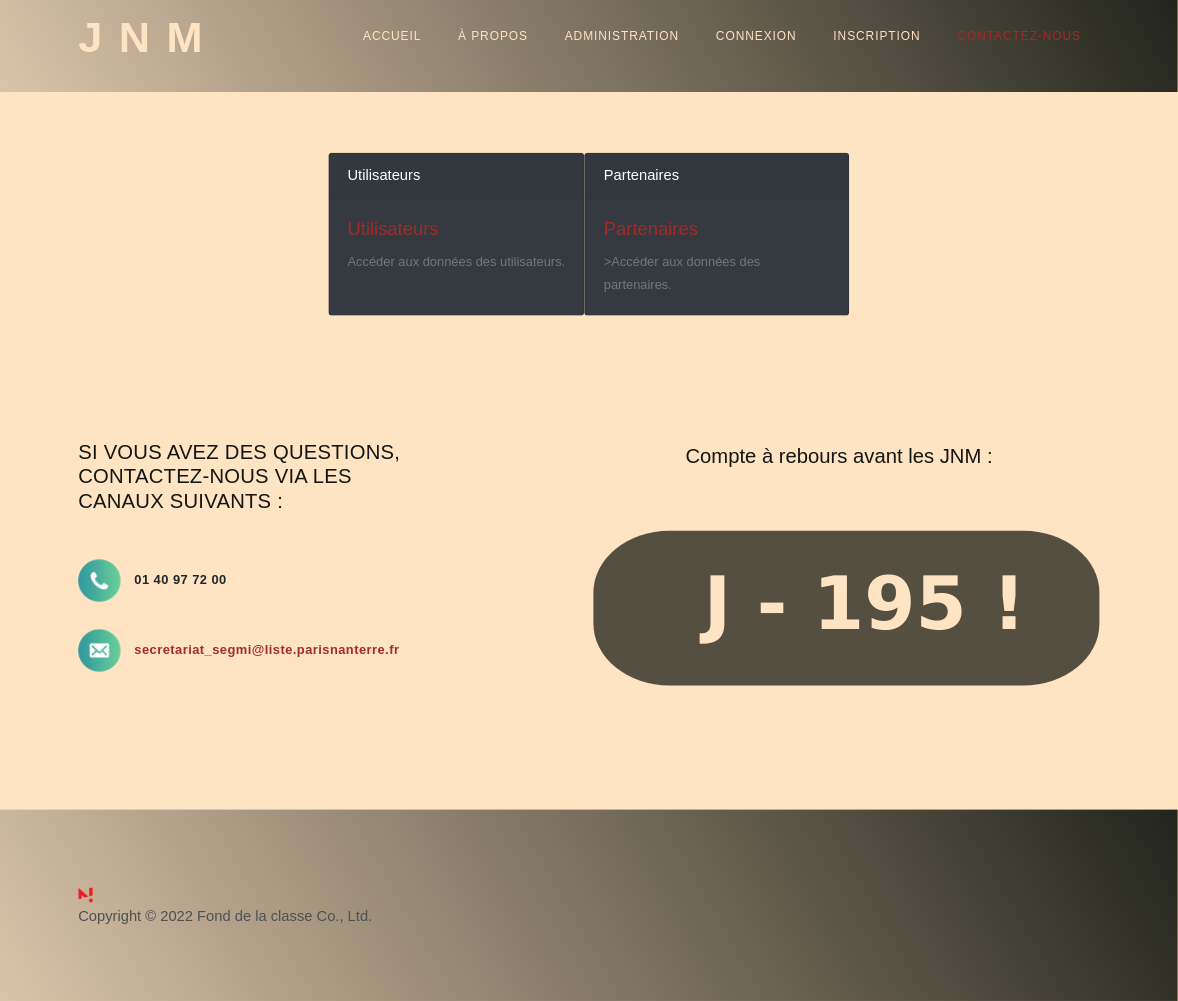
Repository: RiadNadri/ProjetWeb2022
Page: templates/Admin/admin.html.twig
The author's editor kept a copy of each file at every save. The page is drawn from the files as they stood at one save, then again after the next save.
The browser window is 1280 px wide. The pictures show the whole page, at 92% of full size.
Some web fonts or font styles are not loaded; a fallback is used. The page is a Twig template of a Symfony application; nobody is signed in and links lead nowhere. The template is opened directly, without the code that normally fills it, so the values that code supplies are empty.

Above is the page before, as saved 2022-12-24 17:31:07.

### templates/Admin/admin.html.twig
{% extends 'base.html.twig' %}

{% block title %} Administration {% endblock %}


{% block body %}

<style>
    .buttonUser{
        margin-top: 0%;
        margin-bottom: 10%;
        margin-left: 25%;
    }
    .buttonPartenaire{
        margin-left:35%;
        font-size: xx-large;
    }
</style>

<div class="buttonUser">
    <div class="btn btn-light" >
        <a href="{{path('app_user')}}">Utilisateurs</a>
    </div>
    <div class="btn btn-light" >
        <a  href="{{path('app_partenaire')}}">Partenaires</a>
    </div>
</div>

<div class="d-flex justify-content-center">
    <div class="card text-white bg-dark mb-3" style="max-width: 18rem;">
    <div class="card-header">Utilisateurs</div>
    <div class="card-body">
        <h5 class="card-title"><a href="{{path('app_user')}}">Utilisateurs</a></h5>
        <p class="card-text">Accéder aux données des utilisateurs.</p>
    </div>
    </div>

    <div class="card text-white bg-dark mb-3" style="max-width: 18rem;">
    <div class="card-header">Partenaires</div>
    <div class="card-body">
        <h5 class="card-title"><a  href="{{path('app_partenaire')}}">Partenaires</a></h5>
        <p class="card-text">>Accéder aux données des partenaires.</p>
    </div>
    </div>
</div>
{% endblock %}

### templates/base.html.twig
<!DOCTYPE html>
<html>
    <head>
        <meta charset="UTF-8">
        <title>{% block title %}{% endblock %} - JNM</title>
        <meta name="viewport" content="width=device-width, initial-scale=1, shrink-to-fit=no">
        <meta name="description" content="">
        <meta name="author" content="">
        <link href="https://fonts.googleapis.com/css?family=Raleway:100,200,300,400,500,600,700,800,900&display=swap" rel="stylesheet">
        <link rel="shortcut icon" type= "image/png" href="{{ asset('img/favicon.png')}}" />

        {# Run `composer require symfony/webpack-encore-bundle` to start using Symfony UX #}

        <link rel="stylesheet" href="{{ asset('assets/css/bootstrap.min.css')}}">
        <link rel="stylesheet" href="{{ asset('assets/css/templatemo-breezed (1).css')}}">

        {% block stylesheets %}{% endblock %}

        {% block javascripts %}{% endblock %}
    </head>
    <body>

        <header class="header-area header-sticky">
        <div class="container">
            <div class="row">
                <div class="col-12">
                    <nav class="main-nav">
                        <!-- ***** Logo Start ***** -->
                        <a href="{{path('app_accueil')}}" class="logo">
                            JNM
                        </a>
                        <!-- ***** Logo End ***** -->
                        <!-- ***** Menu Start ***** -->
                        <ul class="nav">
                            <li class="scroll-to-section"><a href="{{path('app_accueil')}}" >Accueil</a></li>
                            <li class="scroll-to-section"><a href="#about">À propos</a></li>
                            <li class="scroll-to-section"><a href="{{path('app_admin')}}">Administration</a></li>
                            <li class="scroll-to-section"><a href="{{path('app_connexion')}}">Connexion</a></li>
                            {% if app.user %}
                                <li class="scroll-to-section"><a href="#réservation">Réservation</a></li>
                                <li class="scroll-to-section"><a href="{{path('app_profil')}}">Mon profil</a></li>
                                <li class="scroll-to-section"><a href="{{path('app_deconnexion')}}">Deconnexion</a></li>
                            {% else %}
                                <li class="scroll-to-section"><a href="{{path('app_inscription')}}">Inscription</a></li>
                            {% endif %}
                            <li class="scroll-to-section"><a href="#contact-us" class="active">Contactez-Nous</a></li>


                        </ul>

                        <!-- ***** Menu End ***** -->
                    </nav>
                </div>
            </div>
        </div>
    </header>

    {% block body %}
    <section class="section" id="about">
        <div class="container">
            <div class="row">
                <div class="col-lg-6 col-md-6 col-xs-12">
                    <div class="left-text-content">
                        <div class="section-heading">
                            <h6>À propos des Journées Nationales de la MIAGE</h6>
                            <h2>Certains de nos partenaires</h2>
                        </div>
                        <div class="row">
                            <div class="col-md-6 col-sm-6">
                                <div class="service-item">
                                    <a href="https://pepsi.fr/" rel ="nofollow noopener" target="_blank"> <img src="{{ asset('img/Pepsi-Logo-PNG-Pic.png')}}" alt=""> </a>
                                    <h4><a rel="nofollow noopener" href="https://pepsi.fr/" target="_blank">Pepsi</a></h4>
                                </div>
                            </div>
                            <div class="col-md-6 col-sm-6">
                                <div class="service-item">
                                    <a href="https://www.beinsports.com/france/" rel ="nofollow noopener" target="_blank"> <img src="{{ asset('img/Bein_sport_logo.png')}}" alt=""> </a>
                                    <h4><a rel="nofollow noopener" href="https://www.beinsports.com/france/" target="_blank">BeIn Sport</a></h4>
                                </div>
                            </div>
                            <div class="col-md-6 col-sm-6">
                                <div class="service-item">
                                    <a href="https://www.canalplus.com/" rel ="nofollow noopener" target="_blank"> <img src="{{ asset('img/canal-logo-png-transparent.png')}}" alt=""> </a>
                                    <h4><a rel="nofollow noopener" href="https://www.canalplus.com/" target="_blank">Canal +</a></h4>
                                </div>
                            </div>
                            <div class="col-md-6 col-sm-6">
                                <div class="service-item">
                                    <a href="https://www.wwf.fr/" rel ="nofollow noopener" target="_blank"> <img src="{{ asset('img/panda.png')}}" alt=""> </a>
                                    <h4><a rel="nofollow noopener" href="https://www.wwf.fr/" target="_blank">WWF</a></h4>
                                </div>
                            </div>
                            <div class="col-md-12">
                                <a href="#" class="main-button-icon">
                                    En savoir plus
                                </a>
                            </div>
                        </div>
                    </div>
                </div>
                <div class="col-lg-6 col-md-6 col-xs-12">
                    <div class="right-text-content">
                        <p>Les Journées Nationales de la Miage sont organisées par <a rel="nofollow noopener" href="https://www.parisnanterre.fr/" target="_blank">L'Université Paris Nanterre</a> en 2023.
                        <br><br>Du 01/06/2023 au 04/06/2023 venez participer aux Journées Nationales de la MIAGE aux portes de Paris sur le campus de Nanterre. Retrouvez-y toutes les MIAGE de France pour partager un bon moment.
                      <br><br>Prenez part aux différentes activités et profitez-en pour élargir votre réseau miagiste !</p>
                    </div>
                </div>
            </div>
        </div>
    </section>

    <section class="section" id="features">
        <div class="container">
            <div class="row">
                <div class="col-lg-4 col-md-6 col-sm-12 col-xs-12" data-scroll-reveal="enter left move 30px over 0.6s after 0.4s">
                    <div class="features-item">
                        <div class="features-icon">
                            <img src="{{ asset('img/Icone.png')}}" height="30px" width="30px" alt="">
                        </div>
                        <div class="features-content">
                            <h4>Le campus de Nanterre</h4>
                            <p>Situé à proximité du quartier d'affaires da La Défense, le campus de Nanterre s'étend sur 30 hectares.<br> Chaque année, il accueille plus de 40 000 étudiants et met à leur disposition divers types d'infrastructures permettant de pratiquer des activités sportives et culturelles !</p>
                            <a href="https://www.parisnanterre.fr/" target="_blank" class="text-button-icon">
                                En savoir plus
                            </a>
                        </div>
                    </div>
                </div>
                <div class="col-lg-4 col-md-6 col-sm-12 col-xs-12" data-scroll-reveal="enter bottom move 30px over 0.6s after 0.4s">
                    <div class="features-item">
                        <div class="features-icon">
                            <img src="{{ asset('img/miage.png')}}" height="30px" width="30px" alt="">
                        </div>
                        <div class="features-content">
                            <h4>La Miage de Nanterre</h4>
                            <p>Intégrée au sein de l'Unité de Formation et de Recherche
                                <a href="https://ufr-segmi.parisnanterre.fr/" rel="nofollow noopener" target="_blank">
                                SEGMI
                                </a> au bâtiment Allais (G), la MIAGE de Nanterre</p>
                            <a href="https://miage.parisnanterre.fr/" class="text-button-icon">
                                En savoir plus
                            </a>
                        </div>
                    </div>
                </div>
                <div class="col-lg-4 col-md-6 col-sm-12 col-xs-12" data-scroll-reveal="enter right move 30px over 0.6s after 0.4s">
                    <div class="features-item">
                        <div class="features-icon">
                            <img src="{{ asset('img/eiffel.png')}}" height="50px" width="50px"alt="">
                        </div>
                        <div class="features-content">
                            <h4>Le séjour à Paris</h4>
                            <p>Vous pourrez profiter d'ếtre aux portes de Paris pour visiter la capitale. La ligne du RER A vous permettra de rejoindre le centre-ville en moins de 30 minutes.<br> Allez explorer le 1er arrondissement riche en culture, ou manger dans l'un des 18 000 restaurants parisiens !</p>
                            <a href="https://www.parisinfo.com/visiter-a-paris" class="text-button-icon">
                                En savoir plus
                            </a>
                        </div>
                    </div>
                </div>
            </div>
        </div>
    </section>
    {% endblock %}


    <!-- ***** Contact Us Area Starts ***** -->
    <section class="section" id="contact-us">
        <div class="container">
            <div class="row">
                <div class="col-lg-4 col-md-4 col-xs-12">
                    <div class="left-text-content">
                        <div class="section-heading">
                            <h6>Si vous avez des questions, Contactez-nous via les canaux suivants :</h6>
                        </div>
                        <ul class="contact-info">
                            <li><img src="{{ asset('img/contact-info-01.png')}}" alt="">01 40 97 72 00</li>
                            <li><img src="{{ asset('img/contact-info-02.png')}}" alt=""><a href="mailto:secretariat_segmi@liste.parisnanterre.fr">secretariat_segmi@liste.parisnanterre.fr</a></li>
                        </ul>
                    </div>
                </div>

                <div class="col-lg-8 col-md-6 col-xs-12">
                    <div class="section-heading">
                        <h7>Compte à rebours avant les JNM :</h7>
                    </div>
                    <div class="cpt">

                        <label id="Compte"></label>
                            <script type="text/javascript" >
                                var Affiche=document.getElementById("Compte");
                                function Rebour() {
                                 var date1 = new Date();
                                 var date2 = new Date ("Jun 1, 2023 00:00:00");
                                 var sec = (date2 - date1) / 1000;
                                 var n = 24 * 3600;
                                 if (sec > 0) {
                                        j = Math.floor (sec / n);
                                        Affiche.innerHTML = "J - " + j + " !";
                                 }
                                 tRebour=setTimeout ("Rebour();", 1000);
                                }
                             Rebour();
                            </script>

                    </div>
                </div>

            </div>
        </div>
    </section>


    </body>


    <!-- ***** Footer Start ***** -->
    <footer>
        <div class="container">
            <div class="row">
                <div class="col-lg-6 col-xs-12">
                    <div class="left-text-content">
                        <a rel="nofollow noopener" href="https://www.parisnanterre.fr/" target="_blank"><img src="{{ asset('img/Icone.png')}}" alt=""><br>Copyright &copy; 2022 Fond de la classe Co., Ltd. </a>
                    </div>
                </div>

            </div>
        </div>
    </footer>
</html>

Loaded but not shown: public/assets/css/bootstrap.min.css (library); public/assets/css/templatemo-breezed (1).css (908 lines, source omitted)

After the next save:
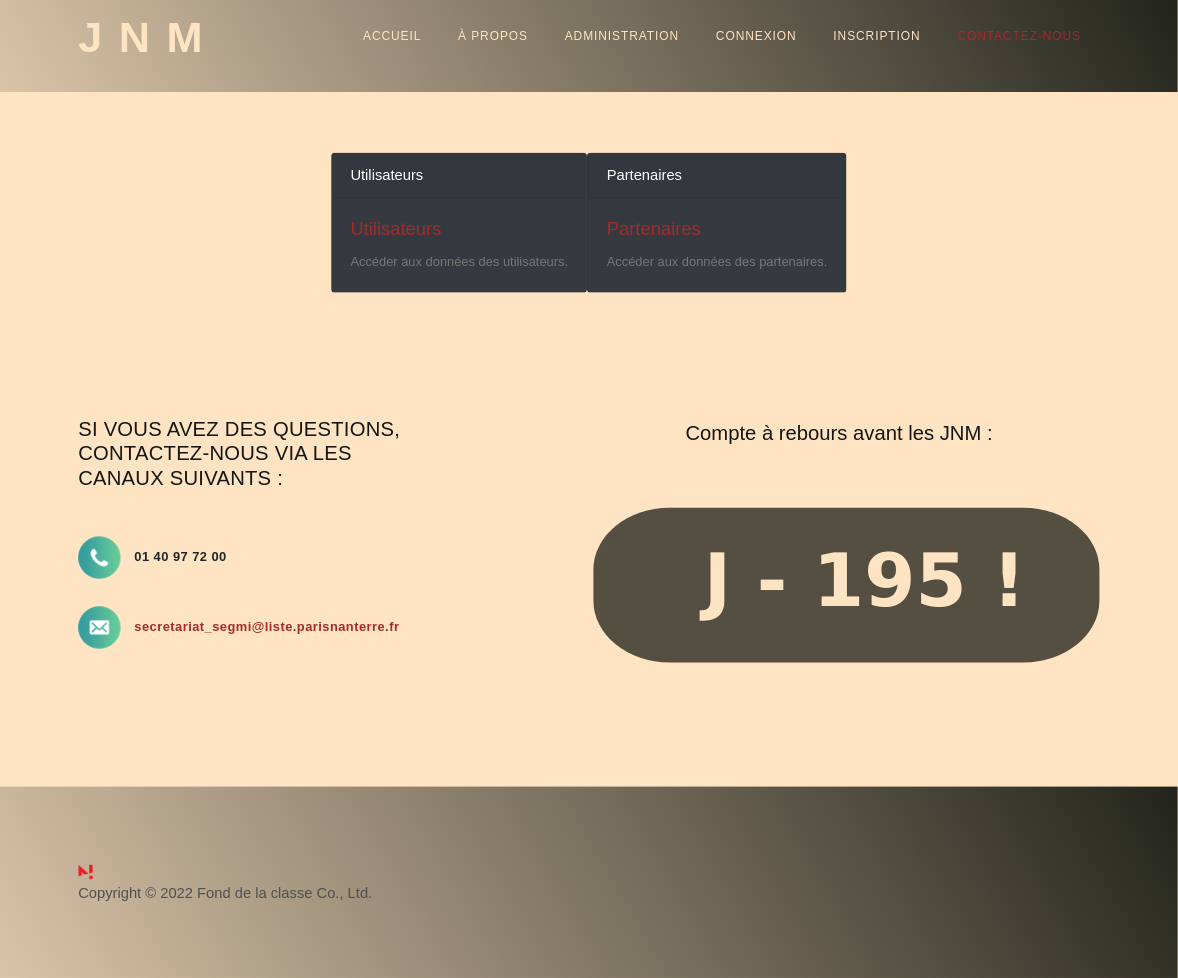
Saved 7 s later.
--- a/templates/Admin/admin.html.twig
+++ b/templates/Admin/admin.html.twig
@@ -39,7 +39,7 @@
     <div class="card-header">Partenaires</div>
     <div class="card-body">
         <h5 class="card-title"><a  href="{{path('app_partenaire')}}">Partenaires</a></h5>
-        <p class="card-text">>Accéder aux données des partenaires.</p>
+        <p class="card-text">Accéder aux données des partenaires.</p>
     </div>
     </div>
 </div>
